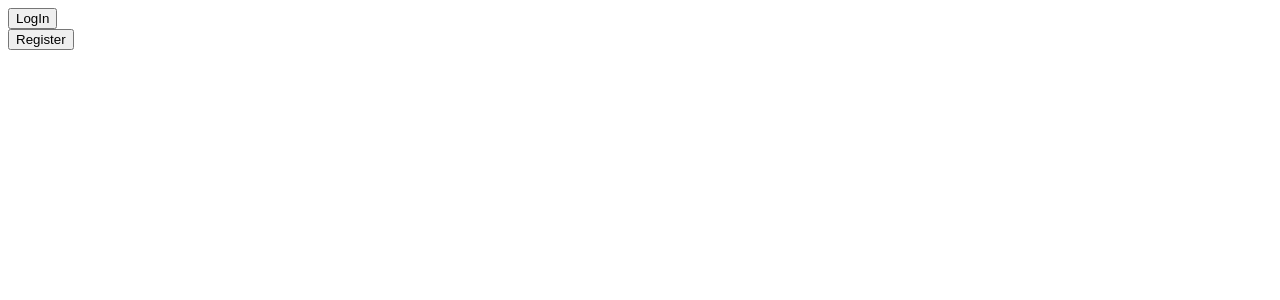
Repository: iamvinayhv/Servlet
Page: http://localhost/EmployeeApp/jsp/welcome.jsp
The author's editor kept a copy of each file at every save. The page is drawn from the files as they stood at one save, then again after the next save.
The browser window is 1280 px wide. The pictures show the whole page.
The page is served by Tomcat 9. Other server files are loaded and not shown.

Above is the page before, as saved 2017-03-09 07:53:05.

### EmployeeApp/WebContent/jsp/welcome.jsp
<%@ page language="java" contentType="text/html; charset=UTF-8"
    pageEncoding="UTF-8"%>
<!DOCTYPE html PUBLIC "-//W3C//DTD HTML 4.01 Transitional//EN" "http://www.w3.org/TR/html4/loose.dtd">
<html>
<head>
<meta http-equiv="Content-Type" content="text/html; charset=UTF-8">
<title>Insert title here</title>
</head>
<body>

<a href="login.jsp">
<input type="submit" value="LogIn"><br/></a>

<a href="register.jsp">
<input align="right" type= "submit" value="Register"></a>

</body>
</html>

After the next save:
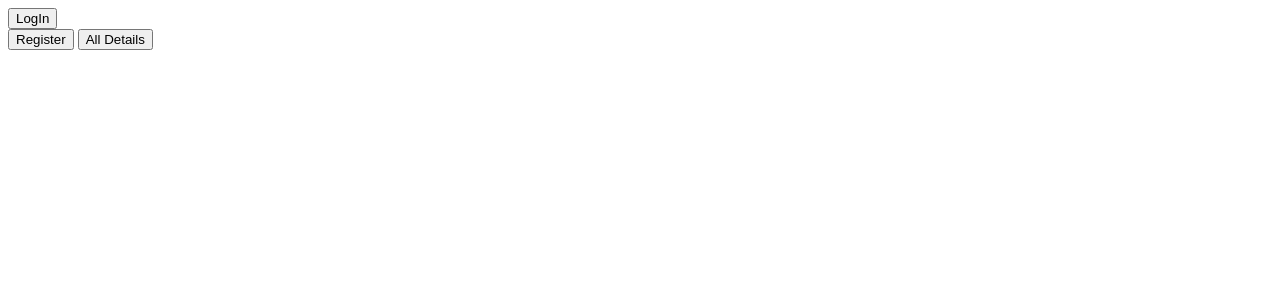
Saved 2 min 0 s later.
--- a/EmployeeApp/WebContent/jsp/welcome.jsp
+++ b/EmployeeApp/WebContent/jsp/welcome.jsp
@@ -14,5 +14,9 @@
 <a href="register.jsp">
 <input align="right" type= "submit" value="Register"></a>
 
+<a href="details.jsp">
+<input align="right" type= "submit" value="All Details"></a>
+
+
 </body>
 </html>
